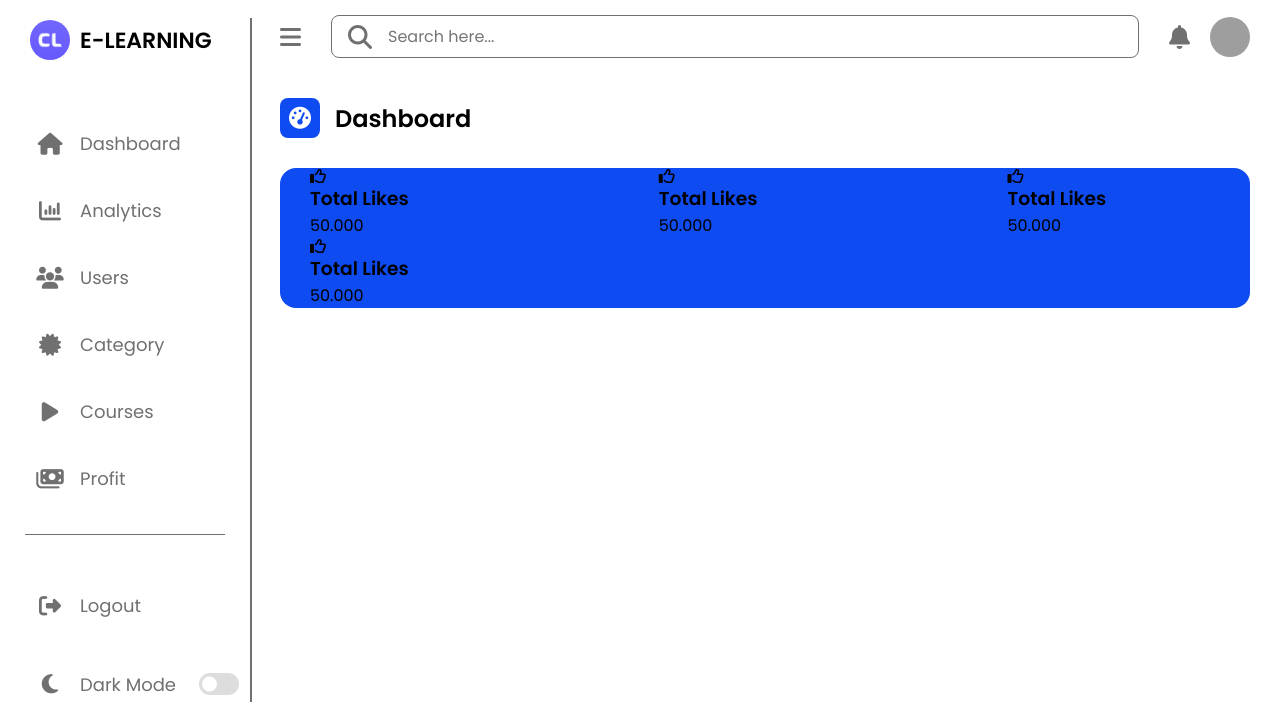
Repository: phamngocthang/practice-html-css
Page: Admin/dist/index.html
An editor plug-in stored every save of this project. The page is shown before and after the next save, followed by the edit.
The browser window is 1280 px wide. The pictures show the whole page.
Pictures or frames that could not be fetched are drawn as grey boxes. The style sheet was rebuilt from its Sass, Less or Tailwind sources for each picture, by a compiler version that may differ from the author's.

Above is the page before, as saved 2023-10-25 02:23:11.

After the next save:
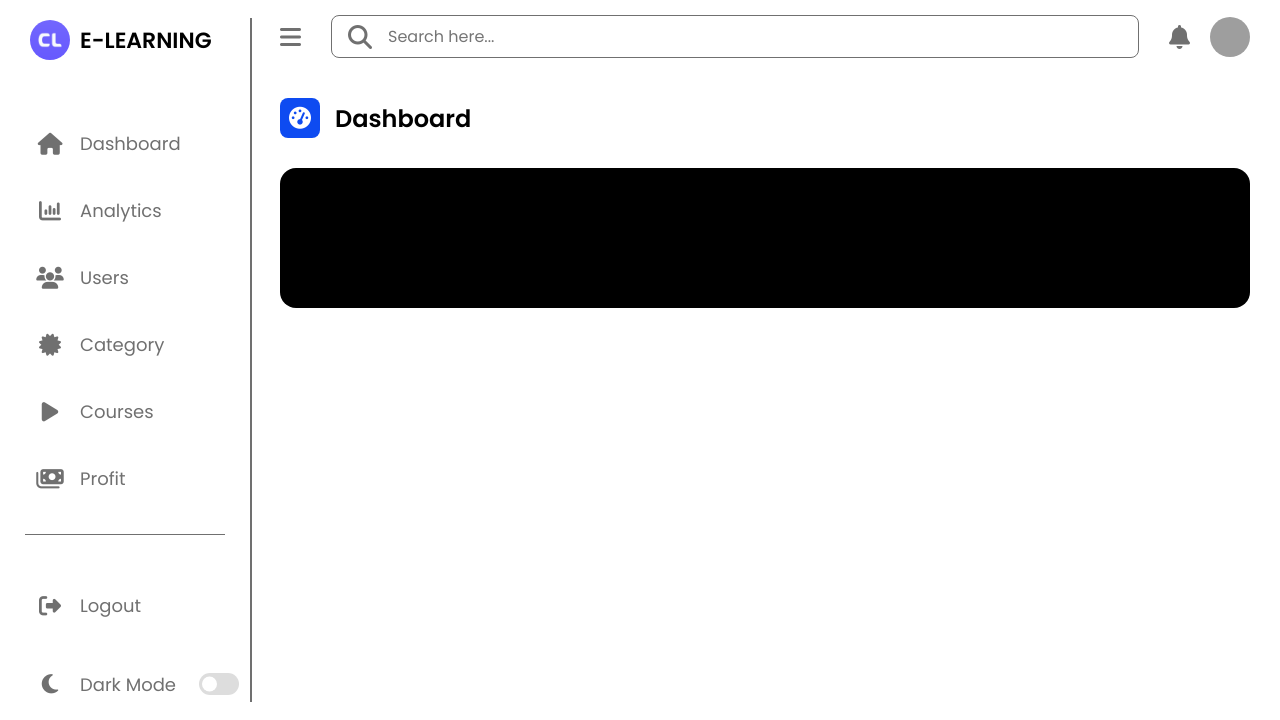
Saved 24 s later.
--- a/Admin/scss/main.scss
+++ b/Admin/scss/main.scss
@@ -316,7 +316,7 @@ nav.close {
                 display: flex;
                 align-items: center;
                 justify-content: space-between;
-                background-color: var(--primary-color);
+                background-color: var(--text-color);
                 border-radius: 16px;
                 flex-wrap: wrap;
                 margin-top: 30px;
